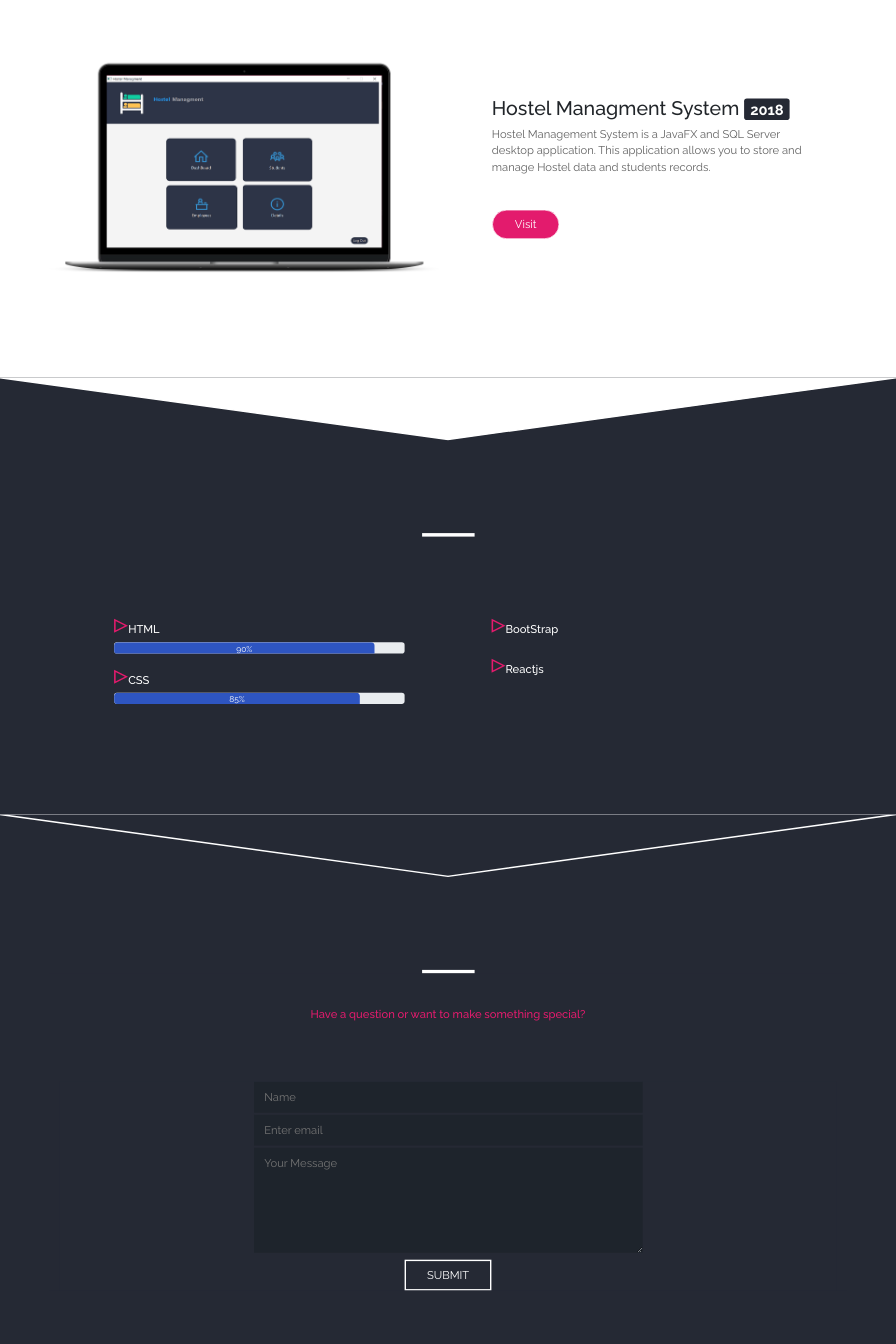
Repository: wasiqkhan/wasiqkhan.github.io
Page: index.html
These files come from the project's save history. The page is drawn as it stood at one moment and after the next save; the edit follows.
The browser window is 1280 px wide. The pictures show the part of the page from y = 3342 to 5262 px (the page is 5625 px tall), at 70% of full size.
Some web fonts or font styles are not loaded; a fallback is used.

Above is the page before, as saved 2020-11-06 17:08:42.
Not found: js/all.js
Not found: js/app.js
Not found: js/particles.js

After the next save:
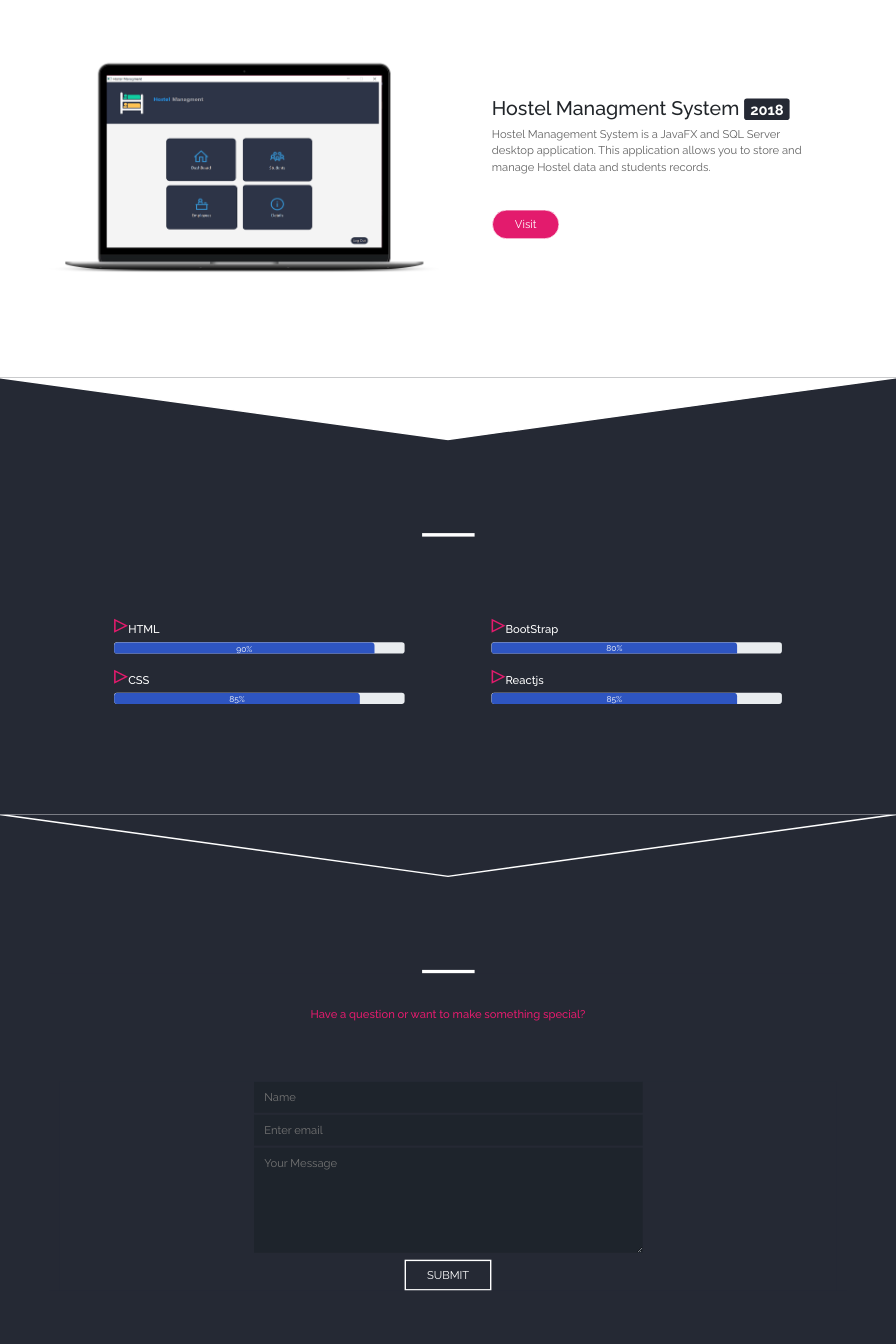
Saved 53 s later.
--- a/index.html
+++ b/index.html
@@ -352,25 +352,25 @@
             <div class="skill-group">
               <div class="skill-item filter frontend">
                 <h6>BootStrap</h6>
-                <!-- <div class="progress">
+                <div class="progress">
                   <div
                     class="l"
                     style="height: 20px; width: 85%;background:#2E55C1"
                   >
                     80%
                   </div>
-                </div> -->
+                </div>
               </div>
               <div class="skill-item filter frontend one">
                   <h6>Reactjs</h6>
-                  <!-- <div class="progress ">
+                  <div class="progress ">
                     <div
                       class="l"
                       style="height: 20px; width: 85%;background:#2E55C1"
                     >
                       85%
                     </div>
-                  </div> -->
+                  </div>
                 </div>
             </div>
           </div>
